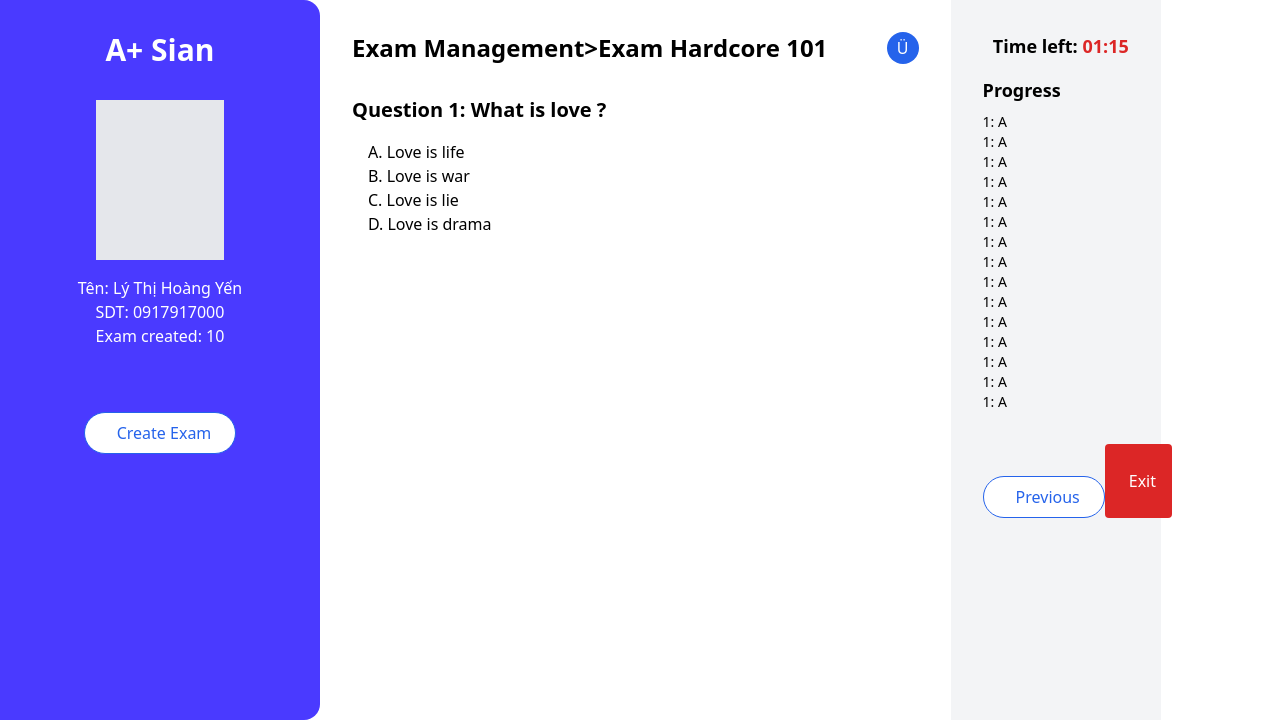
Repository: LyThiHoangYen/A_client
Page: / (app in online-exam-system-frontend/)
These files come from the project's save history. The page is drawn as it stood at one moment and after the next save; the edit follows.
The browser window is 1280 px wide. The pictures show the whole page.
The project was rebuilt for these pictures with package versions that can differ from the ones it lists, and the page was loaded fresh each time.

Above is the page before, as saved 2024-10-23 14:26:16.

### online-exam-system-frontend/src/App.js
import Sidebar from "./components/sidebar";
import StudentExamPage from "./pages/studentExamPage";

function App() {
  return (
    <div className="flex h-screen">
      <Sidebar />
      <StudentExamPage />
    </div>
  );
}

export default App;

### online-exam-system-frontend/src/components/sideBar.js
import UserProfile from "./userProfile";
import Button from "./button";

function Sidebar () {
  return (
    <div className="bg-[#4a3aff] text-white w-1/4 p-8 flex flex-col items-center rounded-tr-2xl rounded-br-2xl">
      <div className="text-3xl font-bold mb-8">A+ Sian</div>
      <UserProfile
        name="Lý Thị Hoàng Yến"
        phone="0917917000"
        examsCreated={10}
      />
      <Button text="Create Exam" />
    </div>
  );
  };

export default Sidebar;

### online-exam-system-frontend/src/pages/studentExamPage.js
import SidebarRight from "../components/rightSideBarExam";
import TakeTheExam from "../components/takeTheExam";

function StudentExamPage () {
    return (
    <div className="flex h-screen">
      <TakeTheExam />
      <SidebarRight />
    </div>
  );
};
export default StudentExamPage;

### online-exam-system-frontend/src/components/userProfile.js
function UserProfile ({ name, phone, examsCreated }){
    return (
        <div className="text-center mb-8">
        <div className="bg-gray-200 w-32 h-40 mb-4 mx-auto"/>
        <p>Tên: {name}</p>
        <p>SDT: {phone}</p>
        <p>Exam created: {examsCreated}</p>
        </div>
    );
}

  export default UserProfile;

### online-exam-system-frontend/src/components/button.js
function Button({ text }) {
  return (
    <div className="mt-8 flex justify-center">
    <button className="bg-white text-blue-600 border border-blue-600 rounded-full px-6 py-2 flex items-center">
      <i className="fas fa-arrow-left mr-2"></i> {text}
    </button>
  </div>
  );
}

export default Button;

### online-exam-system-frontend/src/components/rightSideBarExam.js
import ProgressItem from "./progressTracking";
import Timer from "./timer";
import Button from "./button";
function SidebarRight () {
    const progress = Array(15).fill({ questionNumber: 1, answer: 'A' });

    return (
      <div className="w-1/4 p-8 bg-gray-100">
        <Timer timeLeft="01:15" />
        <div className="mb-8">
          <div className="text-lg font-bold mb-2">Progress</div>
          <div className="text-sm">
            {progress.map((item, index) => (
              <ProgressItem
                key={index}
                questionNumber={item.questionNumber}
                answer={item.answer}
              />
            ))}
          </div>
        </div>
        <div className="flex justify-between">
            <Button text="Previous" />
          <button className="bg-red-600 text-white px-4 py-2 rounded flex items-center">
            <i className="fas fa-times mr-2"></i> Exit
          </button>
        </div>
      </div>
    );
  };

export default SidebarRight;

### online-exam-system-frontend/src/components/takeTheExam.js
import Question from "./question";
import Header from "./header";

function TakeTheExam () {
    const questions = [
      {
        number: 1,
        question: "What is love ?",
        options: [
          "A. Love is life",
          "B. Love is war",
          "C. Love is lie",
          "D. Love is drama"
        ]
      },
      // Repeat for questions 2 and 3...
    ];

    return (
      <div className="w-3/4 p-8">
        <Header examCode="1234567" />
        <div>
          {questions.map((q) => (
            <Question key={q.number} {...q} />
          ))}
        </div>
      </div>
    );
  };

export default TakeTheExam;

### online-exam-system-frontend/src/components/progressTracking.js
function ProgressItem ({ questionNumber, answer }) {
    return (
        <div>{questionNumber}: {answer}</div>
  );
}

export default ProgressItem;

### online-exam-system-frontend/src/components/timer.js
// Timer Component
function Timer ({ timeLeft }) {
    return (
    <div className="text-right mb-4">
      <div className="text-lg font-bold">
        Time left: <span className="text-red-600">{timeLeft}</span>
      </div>
    </div>
  );
};

export default Timer;

### online-exam-system-frontend/src/components/question.js
function Question ({ number, question, options }) {
    return (
        <div className="mb-8">
        <div className="text-xl font-bold mb-4">Question {number}: {question}</div>
        <div className="ml-4">
            {options.map((option, index) => (
            <div key={index}>{option}</div>
            ))}
        </div>
        </div>
    );
}

export default Question;

### online-exam-system-frontend/src/components/header.js
function Header () {
    return (
        <div className="flex justify-between items-center mb-8">
        <h1 className="text-2xl font-bold">Exam Management&gt;Exam Hardcore 101</h1>
        <div className="flex items-center space-x-4">
          <i className="fas fa-bell text-blue-600 text-xl"></i>
          <div className="bg-blue-600 text-white rounded-full w-8 h-8 flex items-center justify-center">
            Ü
          </div>
        </div>
      </div>
    );
  };

export default Header;

Loaded but not shown: online-exam-system-frontend/public/index.html (common file); online-exam-system-frontend/src/index.js (common file); online-exam-system-frontend/src/index.css (common file); online-exam-system-frontend/tailwind.config.js (common file)

After the next save:
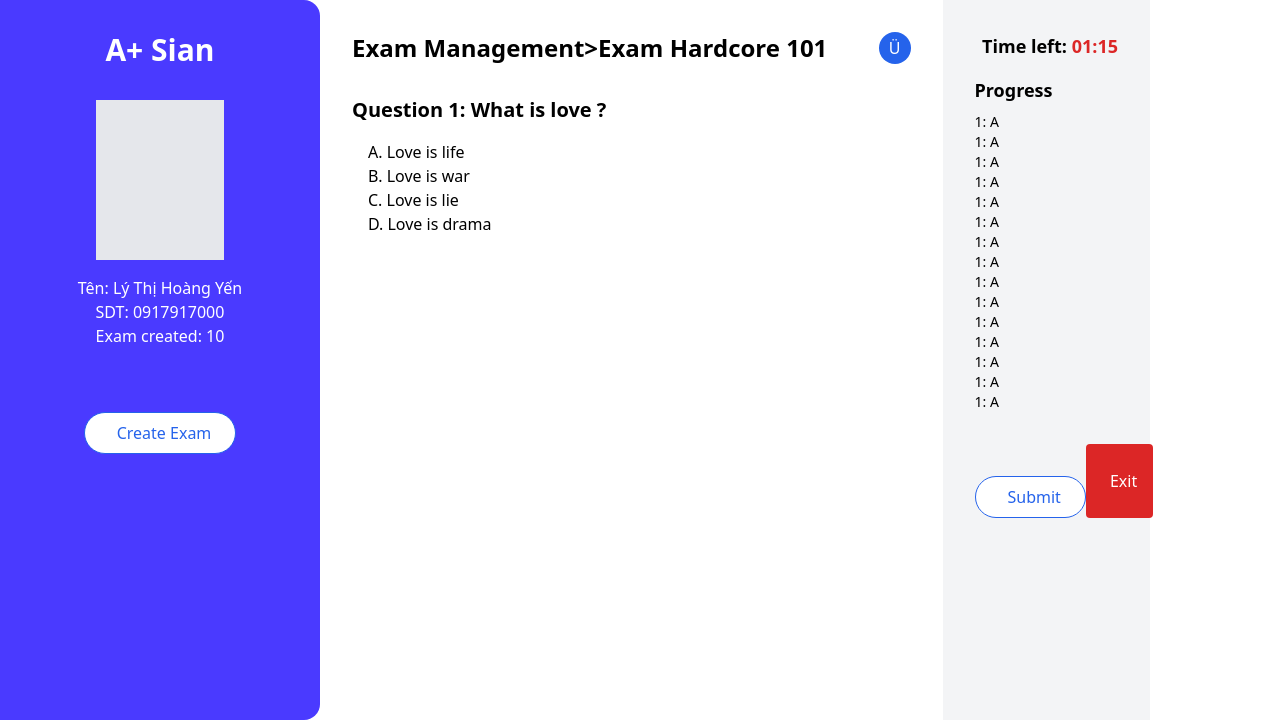
Saved 4 s later.
--- a/online-exam-system-frontend/src/components/rightSideBarExam.js
+++ b/online-exam-system-frontend/src/components/rightSideBarExam.js
@@ -20,7 +20,7 @@ function SidebarRight () {
           </div>
         </div>
         <div className="flex justify-between">
-            <Button text="Previous" />
+            <Button text="Submit" />
           <button className="bg-red-600 text-white px-4 py-2 rounded flex items-center">
             <i className="fas fa-times mr-2"></i> Exit
           </button>
